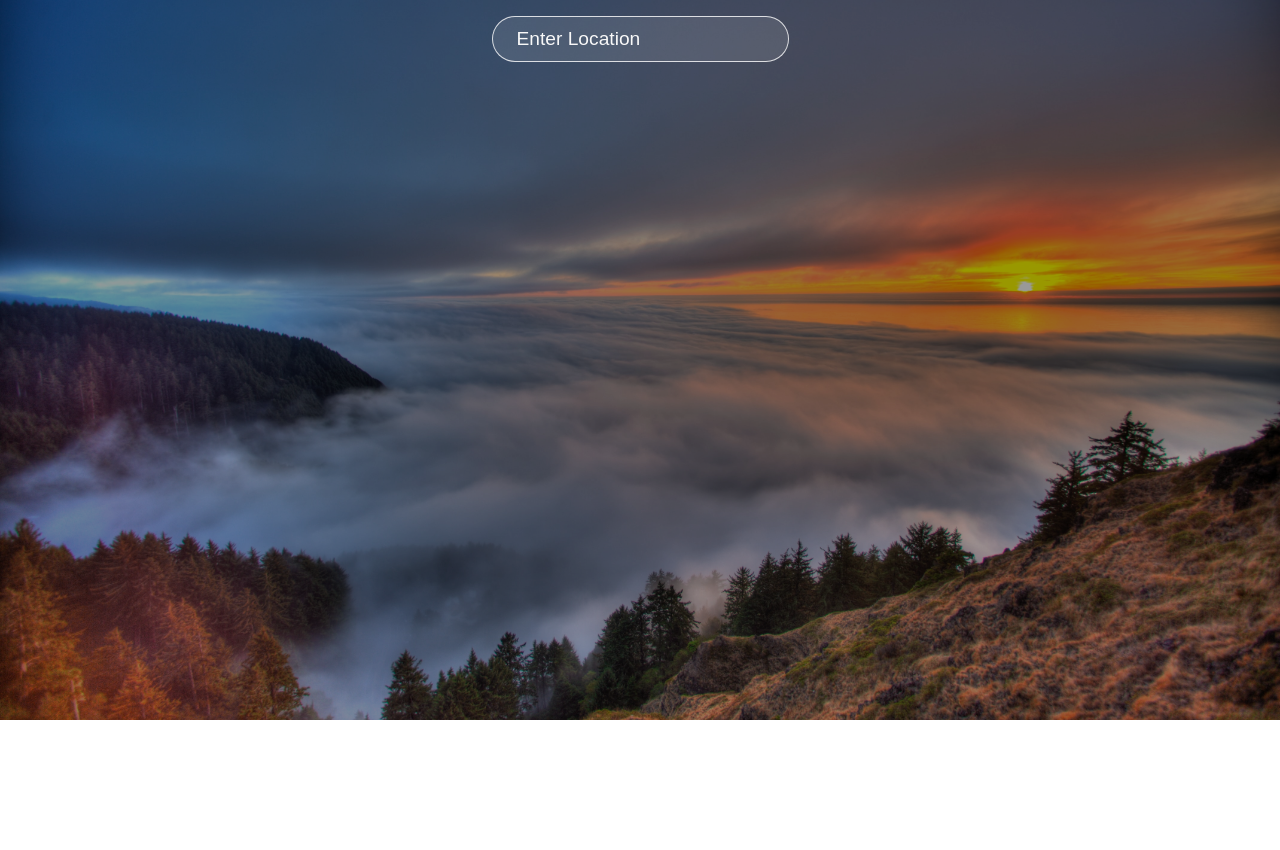
Repository: stavan30/weather-react
Page: /
An editor plug-in stored every save of this project. The page is shown before and after the next save, followed by the edit.
The browser window is 1280 px wide. The pictures show the whole page.
The project was rebuilt for these pictures with package versions that can differ from the ones it lists, and the page was loaded fresh each time.

Above is the page before, as saved 2024-02-06 00:50:54.

After the next save:
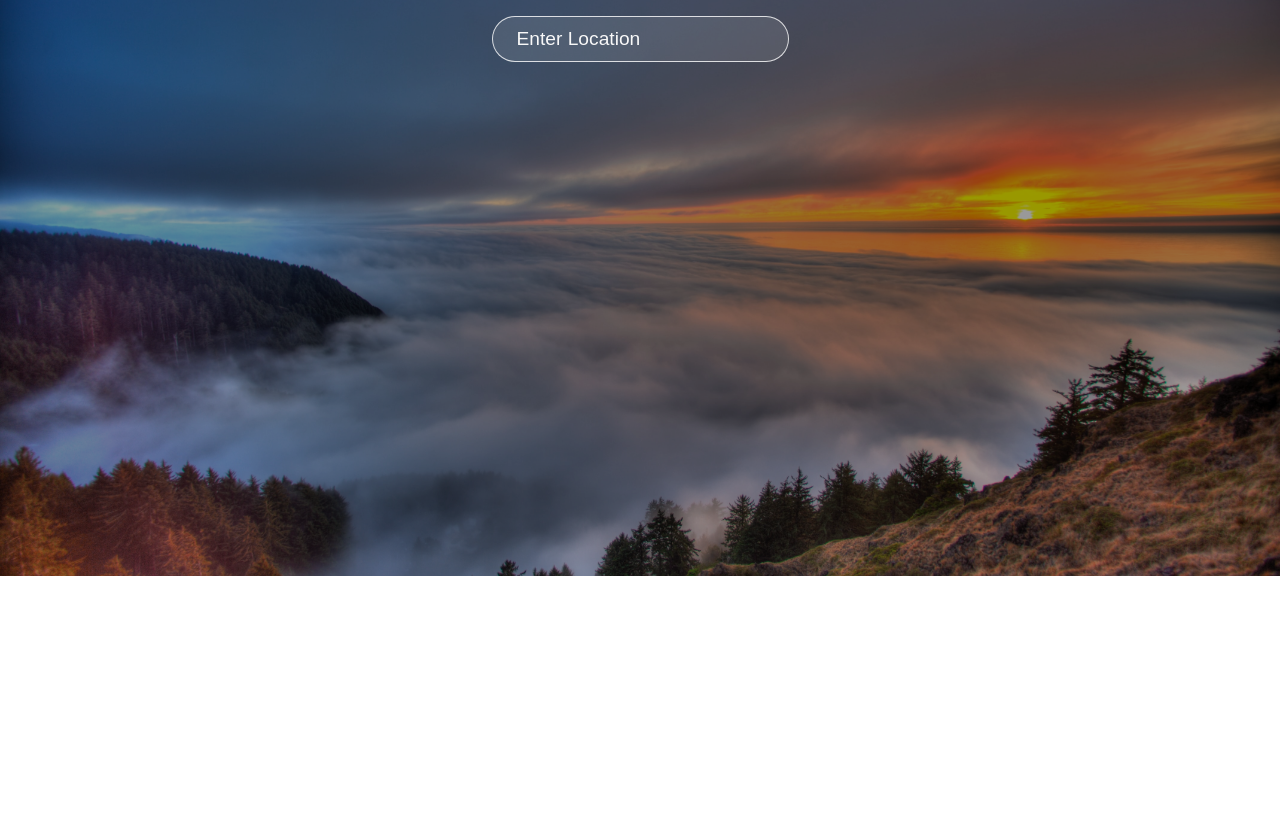
Saved 53 s later.
--- a/src/index.css
+++ b/src/index.css
@@ -24,7 +24,7 @@ h1 {
 
 .app {
   width: 100%;
-  height: 100vh;
+  height: 80vh;
   position: relative;
   background-color: rgba(0,0,0,0.4);
   color: #fff;
